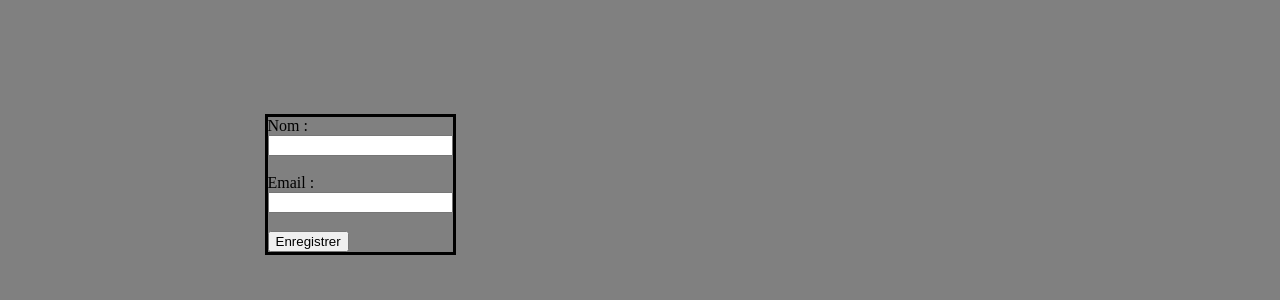
Repository: Haidara-97/TPJEE
Page: http://localhost/AppTest/
These files come from the project's save history. The page is drawn as it stood at one moment and after the next save; the edit follows.
The browser window is 1280 px wide. The pictures show the whole page.
The page is served by Tomcat 9. Other server files are loaded and not shown.

Above is the page before, as saved 2025-06-18 14:02:03.

### AppTest/src/main/webapp/index.jsp
<%@ page language="java" contentType="text/html; charset=UTF-8"
    pageEncoding="UTF-8"%>
<!DOCTYPE html>
<html>
<head>
<meta charset="UTF-8">
<title>Insert title here</title>
<style>
body{
display: flex;
background-color: gray;
align-items: center;
width:55%;
}
.forme{
margin :auto;
margin-top:15%;
border: solid;
}
</style>
</head>
<body >
<div class="forme" >
<form action="UserServlet" method="POST">
<label for=nom > Nom :</label><br>
        <input type="text" id="nom" name="nom"><br><br>
<label for=email> Email :</label> <br>
        <input type="text" id= "email" name="email"><br><br>
        <input type = "submit" id="button" value= Enregistrer>
</form>
</div>
</body>
</html>

After the next save:
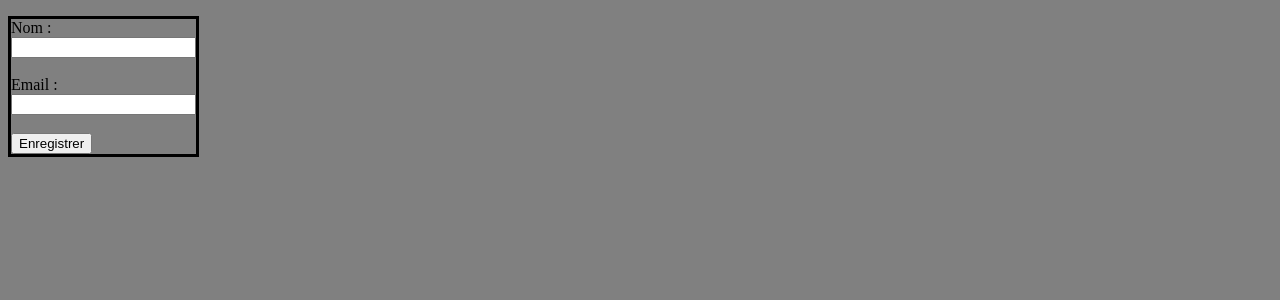
Saved 16 s later.
--- a/AppTest/src/main/webapp/index.jsp
+++ b/AppTest/src/main/webapp/index.jsp
@@ -10,7 +10,7 @@ body{
 display: flex;
 background-color: gray;
 align-items: center;
-width:55%;
+width:55px;
 }
 .forme{
 margin :auto;
